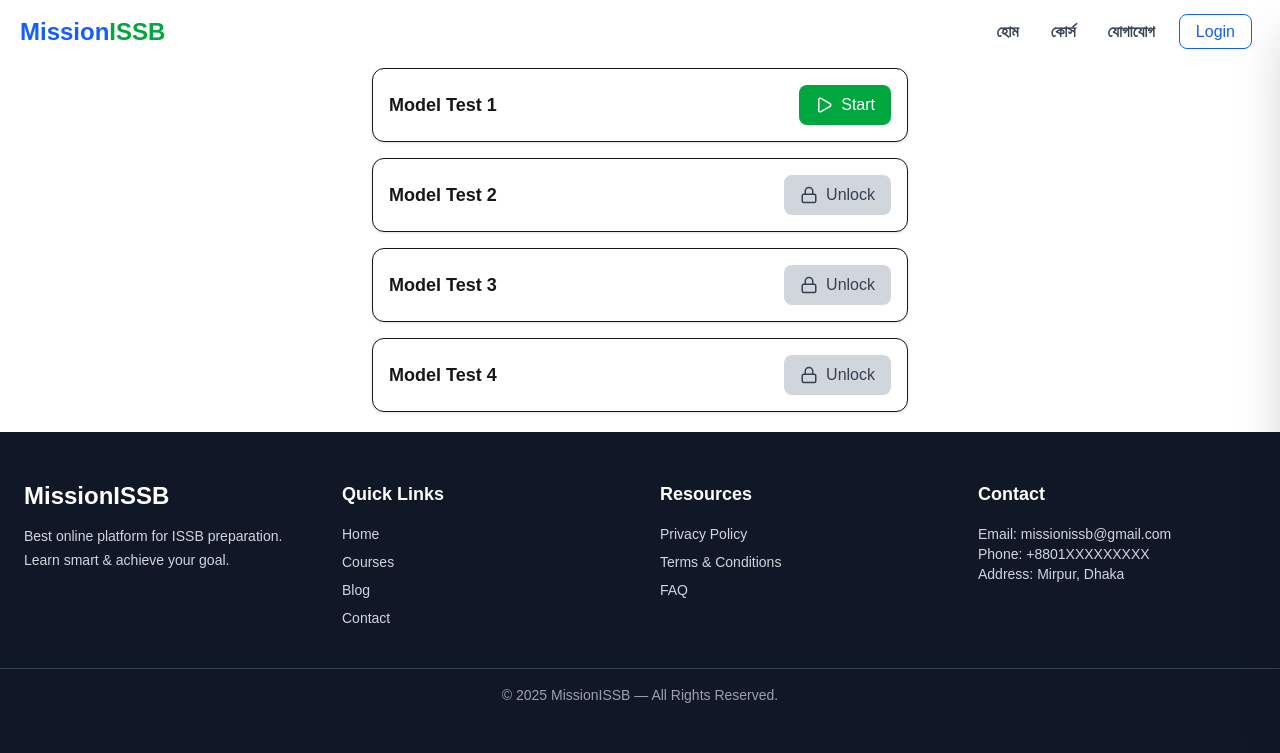
Repository: mdmuhibullahhabib/missionissb
Page: /issb/iq-test
The author's editor kept a copy of each file at every save. The page is drawn from the files as they stood at one save, then again after the next save.
The browser window is 1280 px wide. The pictures show the whole page.
The page's requests for data from a server got no answer. The project was rebuilt for these pictures with package versions that can differ from the ones it lists, and the page was loaded fresh each time. The framework's server and built-in components were replaced by stand-ins that run in the browser. No one was signed in, and anything a server would have sent is missing. Also part of the build but not shown: next.config.mjs.

Above is the page before, as saved 2025-12-12 00:08:02.

After the next save:
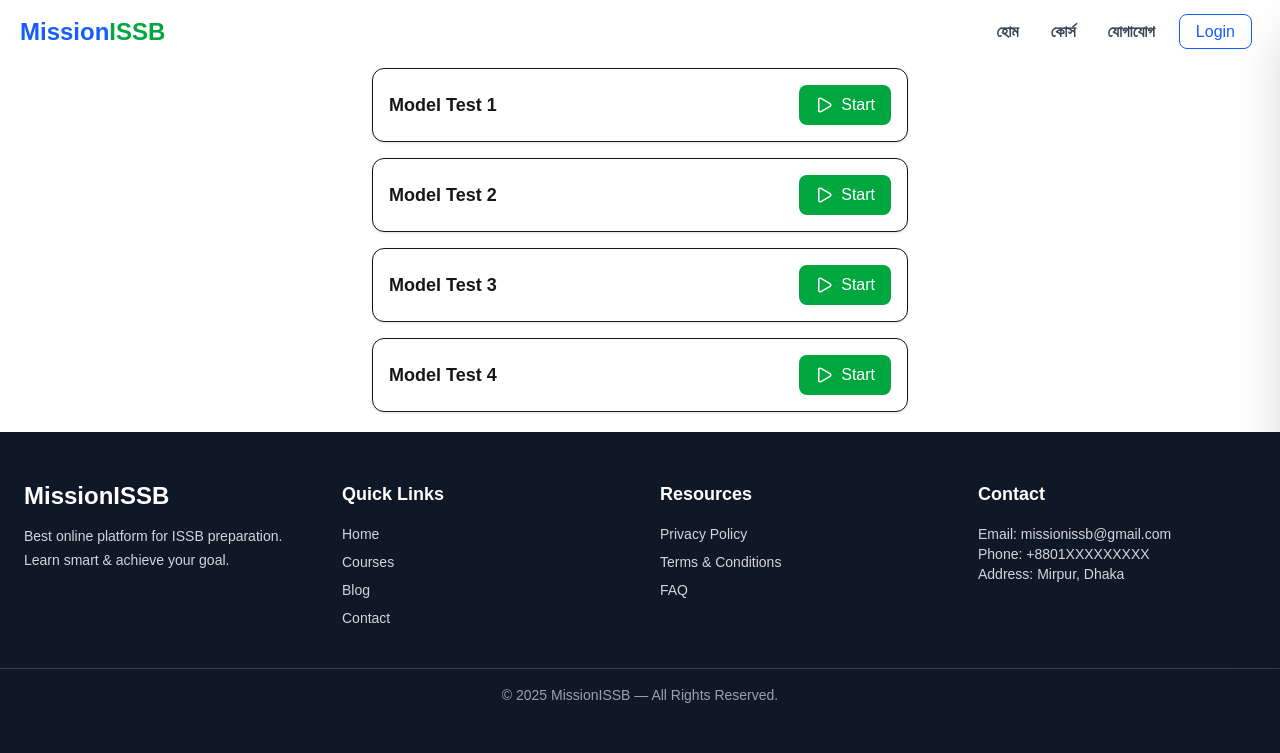
Saved 14 h 17 min later.
--- a/app/issb/iq-test/page.jsx
+++ b/app/issb/iq-test/page.jsx
@@ -6,9 +6,9 @@ export default function IqTest() {
   // Fake user data
   const user = {
     name: "Rakib Hasan",
-    subscription: "pending",
-    // subscription: "active",   // try this
-    // subscription: "none",     // try this
+    // subscription: "pending",
+    subscription: "active",
+    // subscription: "none",
   };
 
   // Example Model Tests
